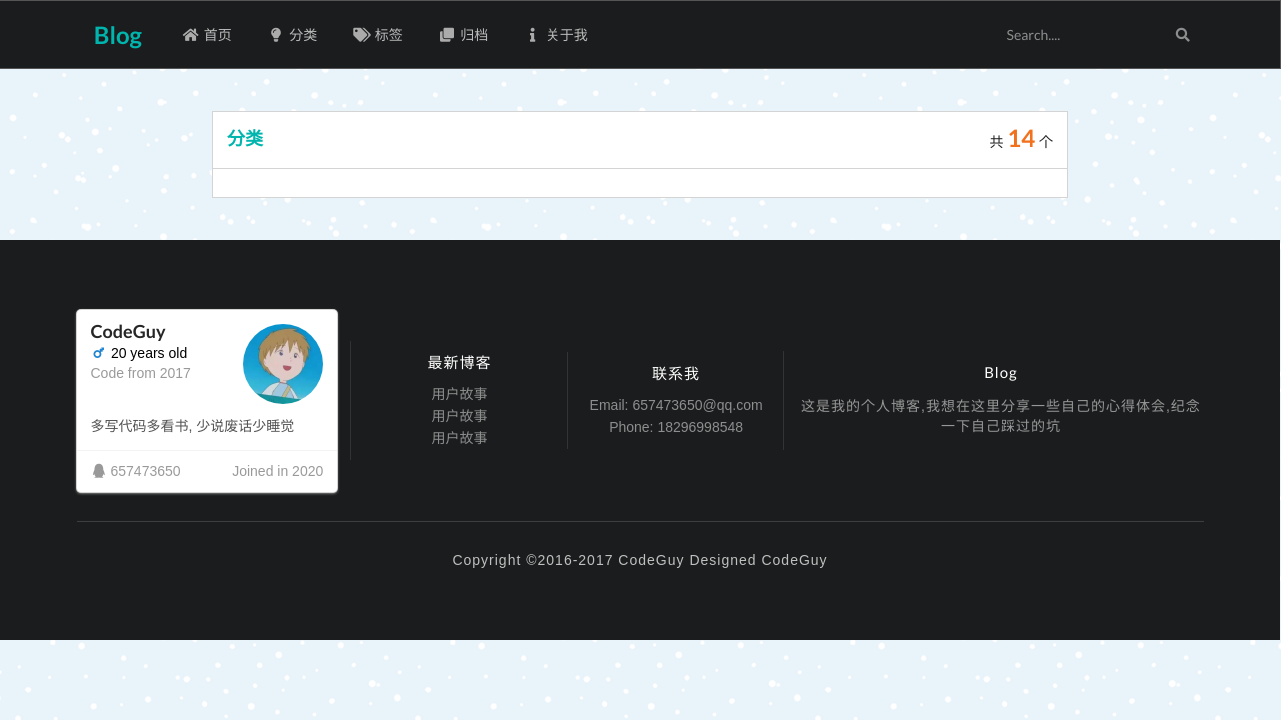
Repository: GOGOHQ/myblog
Page: types.html
The author's editor kept a copy of each file at every save. The page is drawn from the files as they stood at one save, then again after the next save.
The browser window is 1280 px wide. The page is 1281 px wide, so the pictures cover 1281 px, including what lies to the right of the window. The pictures show the whole page.
Some web libraries are served in a nearby version.

Above is the page before, as saved 2020-01-17 18:48:02.

After the next save:
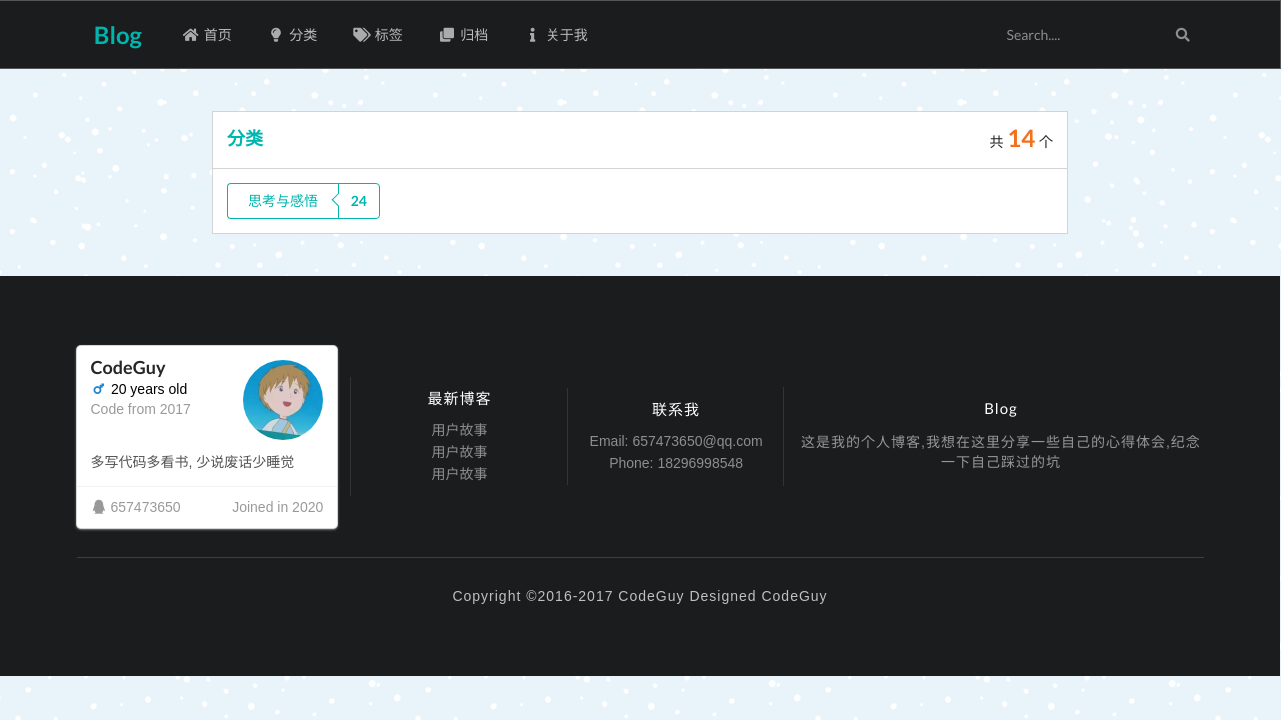
Saved 114 s later.
--- a/types.html
+++ b/types.html
@@ -48,7 +48,12 @@
                 </div>
             </div>
         </div>
-        <div class="ui segment attached"></div>
+        <div class="ui segment attached">
+            <div class="ui labeled button">
+                <a class="ui basic teal button">思考与感悟</a>
+                <div class="ui basic teal left pointing label">24</div>
+            </div>
+        </div>
     </div>
 </div>
 <!-- 底部 -->
